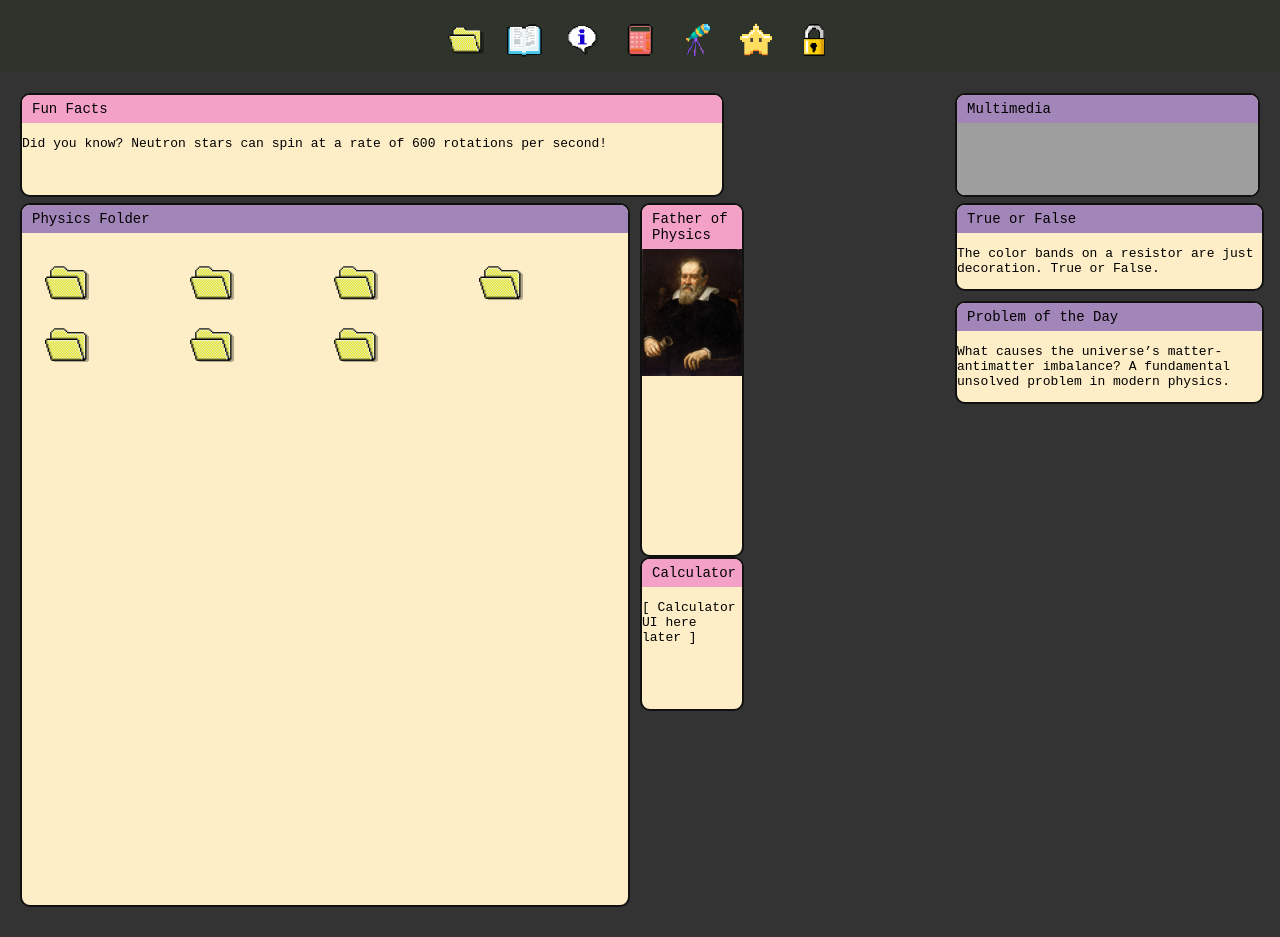
Repository: scarfer14/CCPHYS2L_Project
Page: /dashboard
An editor plug-in stored every save of this project. The page is shown before and after a run of saves, followed by the edit.
The browser window is 1280 px wide. The pictures show the whole page.
Pictures or frames that could not be fetched are drawn as grey boxes. The project was rebuilt for these pictures with package versions that can differ from the ones it lists, and the page was loaded fresh each time. Also part of the build but not shown: vite.config.js, src/astartsc/start.jsx, src/lessons/folder1.css, src/lessons/folder1.jsx, src/lessons/book.css, src/lessons/book.jsx, src/lessons/email.css, src/lessons/email.jsx and 2 more.

Above is the page before, as saved 2025-05-29 15:32:39.

### index.html
<!doctype html>
<html lang="en">
  <head>
    <meta charset="UTF-8" />
    <link rel="icon" type="image/svg+xml" href="/gal.png" />
    <meta name="viewport" content="width=device-width, initial-scale=1.0" />
    <title>Physics Blast</title>
  </head>
  <link href="https://fonts.googleapis.com/css2?family=Orbitron:wght@500&family=Press+Start+2P&display=swap" rel="stylesheet">
  <body>
    <div id="root"></div>
    <script type="module" src="/src/main.jsx"></script>
  </body>
</html>

### src/index.css
:root {
  font-family: 'Press Start 2P', monospace;
  background-color: #2e342b;
  margin: 0;
  padding: 0;
  box-sizing: border-box;
}

body, html {
  margin: 0;
  padding: 0;
  width: 100%;
  height: 100%;
}

### src/App.jsx
import React from 'react';
import { BrowserRouter as Router, Routes, Route } from 'react-router-dom';

import Start from './astartsc/start';
import Dash from './bdashsc/dashnavbar';
import Dashbody from './bdashsc/dashbody';

import Folder1 from './lessons/folder1';
import Book from './lessons/book';


function Unlock() {
  return (
    <div>
      <Start />
    </div>
  );
}

function Dashboard() {
  return (
    <div>
      <Dash />
      <Dashbody />
    </div>
  );
}

function Lessons() {
  return (
    <div>
      <Folder1 />
      <Book />
    </div>
  );
}

function App() {
  return (
    <Router>
      <Routes>
        <Route path="/" element={<Unlock />} />
        <Route path="/unlock" element={<Unlock />} />
        <Route path="/dashboard" element={<Dashboard />} />
        <Route path="/folder1" element={<Lessons />} />
      </Routes>
    </Router>
  );
}

export default App;

### src/bdashsc/dashnavbar.jsx
import React, { useState } from 'react';
import { useNavigate } from 'react-router-dom';
import './dashnavbar.css';
import Folder1 from '../lessons/folder1';
import Book from '../lessons/book';
import Email from '../lessons/email';
import Telescope from '../lessons/telescope';


const icons = [
  'folder', 'book', 'email', 'calc', 'cat',
  'star', 'lock'
];


export default function DashNavbar() {
  const navigate = useNavigate();
  const [showFolder1, setShowFolder1] = useState(false);
  const [showBook, setShowBook] = useState(false);
  const [showEmail, setShowEmail] = useState(false);
  const [showTelescope, setShowTelescope] = useState(false);

  const handleIconClick = (icon) => {
    if (icon === 'folder') {
      setShowFolder1(true);
    }
    if (icon === 'book') {
      setShowBook(true);
    }
    if (icon === 'email') {
      setShowEmail(true);
    }
    if (icon === 'cat') {
      setShowTelescope(true);
    }
    else if (icon === 'lock')
    {
        navigate('/unlock');
    }
    else if (icon === 'star')
    {
        window.open('https://phet.colorado.edu/sims/html/circuit-construction-kit-dc/latest/circuit-construction-kit-dc_en.html');
    }


  };

  const handleCloseFolder1 = () => {
    setShowFolder1(false);
  };

  const handleCloseBook = () => {
    setShowBook(false);
  };

  const handleCloseEmail = () => {
    setShowEmail(false);
  };

  const handleCloseTelescope = () => {
    setShowTelescope(false);
  };


  return (
    <>
      <div className="dash-navbar">
        {icons.map((icon, index) => (
          <button
            key={index}
            className="icon-button"
            title={icon}
            onClick={() => handleIconClick(icon)}
          >
            <img src={`/assets/icons/${icon}.png`} alt={icon} />
          </button>
        ))}
      </div>

      {showFolder1 && <Folder1 onClose={handleCloseFolder1} />}
      {showBook && <Book onClose={handleCloseBook} />}
      {showEmail && <Email onClose={handleCloseEmail} />}
      {showTelescope && <Telescope onClose={handleCloseTelescope} />}
    </>
  );
}

### src/bdashsc/dashbody.jsx
import React from 'react';
import './dashbody.css';

export default function DashBody() {
  return (
    <div className="dashboard-content">

      <div className="tab fun-facts">
        <div className="tab-header">Fun Facts</div>
        <p>Did you know? Neutron stars can spin at a rate of 600 rotations per second!</p>
      </div>

      <div className="tab multimedia">
        <div className="tab-header1">Multimedia</div>
        <iframe
          src="https://www.youtube.com/embed/pSHVbLPWA28"
          title="Physics Video"
          allowFullScreen
        ></iframe>
      </div>

      <div className="tab physics-folder">
        <div className="tab-header1">Physics Folder</div>
        <div className="folder-grid">
          <img src="/assets/icons/folder.png" alt="Folder 1" />
          <img src="/assets/icons/folder.png" alt="Folder 2" />
          <img src="/assets/icons/folder.png" alt="Folder 3" />
          <img src="/assets/icons/folder.png" alt="Folder 4" />
          <img src="/assets/icons/folder.png" alt="Folder 5" />
          <img src="/assets/icons/folder.png" alt="Folder 6" />
          <img src="/assets/icons/folder.png" alt="Folder 7" />
        </div>
      </div>

    <div className="middle-stack">
      <div className="tab father">
        <div className="tab-header">Father of Physics</div>
        <img src="/assets/icons/galileogalilei.jpg" alt="Galileo Galilei" />
      </div>

      <div className="tab calculator">
        <div className="tab-header">Calculator</div>
        <p>[ Calculator UI here later ]</p>
      </div>
    </div>

      <div className="right-stack">
        <div className="tab fun-fact-2">
          <div className="tab-header1">True or False</div>
          <p>The color bands on a resistor are just decoration. True or False.</p>
        </div>

        <div className="tab problem">
          <div className="tab-header1">Problem of the Day</div>
          <p>
            What causes the universe’s matter-antimatter imbalance? A fundamental unsolved problem in modern physics.
          </p>
        </div>
      </div>

    </div>
  );
}

### src/astartsc/start.css

@import url('https://fonts.googleapis.com/css2?family=Press+Start+2P&display=swap');

body {
  margin: 0;
  background: #2e342b;
  font-family: 'Press Start 2P', monospace;
}

.screen {
  width: 100vw;
  height: 100vh;
  background-color: #2e342b;
  padding: 40px;
  display: flex;
  flex-direction: column;
  align-items: center;
  justify-content: center;
  box-shadow:
    0 0 60px 20px rgba(0, 0, 0, 0.6),
    inset 0 0 200px rgba(0, 0, 0, 0.9),
    inset 0 0 80px rgba(0, 0, 0, 0.7);
  position: relative;
  text-align: center;
  box-sizing: border-box;
  overflow: hidden;
  border-radius: 12px;
}

.welcome {
  color: #99ff99;
  margin-bottom: 10px;
  font-size: 20px;
  margin-bottom: 25px;
}

.title {
  color: #99ff99;
  font-size: 50px;
  line-height: 1.2;
  margin-bottom: 20px;
}

.unlock-btn {
  font-size: 15px;
  background-color: transparent;
  color: #aaffaa;
  border: 1px solid #aaffaa;
  padding: 6px 12px;
  cursor: pointer;
  margin-top: 100px;
  animation: blink 1s infinite alternate;
  font-family: 'Press Start 2P', monospace;
}

.unlock-btn:hover {
  background-color: #333;
}

@keyframes blink {
  from { opacity: 5; }
  to { opacity: 0.4; }
}

### src/bdashsc/dashnavbar.css
.dash-navbar {
  background-color: #2e342b;
  padding: 6px 10px;
  display: flex;
  justify-content: center;
  gap: 10px;
  align-items: center;
}

.icon-button {
  background: transparent;
  border: transparent;
  padding: 4px;
  cursor: pointer;
  transition: transform 0.1s ease-in-out;
}

.icon-button:hover {
  transform: scale(1.1);
  filter: brightness(1.3);
}

.icon-button img {
  margin-top: 10px;
  width: 40px;
  height: 40px;
  image-rendering: pixelated;
}

.popup-overlay {
  position: fixed;
  top: 0;
  left: 0;
  width: 100%;
  height: 100%;
  background: rgba(0, 0, 0, 0.6);
  display: flex;
  justify-content: center;
  align-items: center;
  z-index: 999;
}

.popup-content {
  background: #fff;
  padding: 20px;
  border-radius: 12px;
  width: 80%;
  max-width: 600px;
  max-height: 90vh;
  overflow-y: auto;
  position: relative;
}

.close-btn {
  position: absolute;
  top: 10px;
  right: 14px;
  background: transparent;
  border: none;
  font-size: 24px;
  cursor: pointer;
}

### src/bdashsc/dashbody.css
.dashboard-content {
  display: grid;
  grid-template-columns: 2fr 1fr 1fr;
  grid-template-rows: 100px auto auto; /* <-- added 3rd row */
  gap: 10px;
  padding: 20px;
  background-color: #333;
  grid-template-areas:
    "fun-facts fun-facts multimedia"
    "physics-folder father right-stack"
    ". calculator ."; /* place calculator below father */
}


/* General Tab Styling */
.tab {
  background-color: #fdeec7;
  border: 2px solid #111;
  color: #000000;
  font-family: monospace;
  overflow: hidden;
  border-radius: 10px;
  display: flex;
  flex-direction: column;
}

.tab-header,
.tab-header1 {
  padding: 6px 10px;
  font-size: 14px;
  text-align: left;
}

.tab-header {
  background-color: #f4a1c8;
}

.tab-header1 {
  background-color: #a285b9;
}

/* Grid Area Assignments */
.fun-facts      { grid-area: fun-facts; height: 100px; width: 700px; }
.multimedia     { grid-area: multimedia; height: 100px; }
.physics-folder { grid-area: physics-folder; min-height: 700px; min-width: 500px; }
.father         { grid-area: father; height: 350px; width: 100px}

/* Right Column Stack */
.right-stack {
  grid-area: right-stack;
  display: flex;
  flex-direction: column;
  gap: 10px;
}

/* Clear old positioning from individually stacked tabs */
.fun-fact-2,
.problem,
.calculator {
  height: auto;
  width: 100%;
}

/* Folders Section */
.physics-folder .folder-grid {
  display: grid;
  grid-template-columns: repeat(4, 1fr);
  margin-top: 5px;
  gap: 12px;
  padding: 20px;
}

.folder-grid img {
  width: 50px;
  height: 50px;
  image-rendering: pixelated;
}

/* Multimedia section (YouTube) */
.multimedia iframe {
  width: 100%;
  height: 100%;
  border: none;
}

.calculator {
  grid-column: 2; /* below father */
  grid-row: 3;    /* new row below father and right-stack */
  width: 100px;
  min-height: 150px;
}

/* Optional: Calculator or image specific tweaks */
.calculator img {
  width: 100%;
  height: auto;
}

.problem {
  width: 100%;
  height: auto;
}

Loaded but not shown: src/main.jsx (common file)

After the next 4 saves:
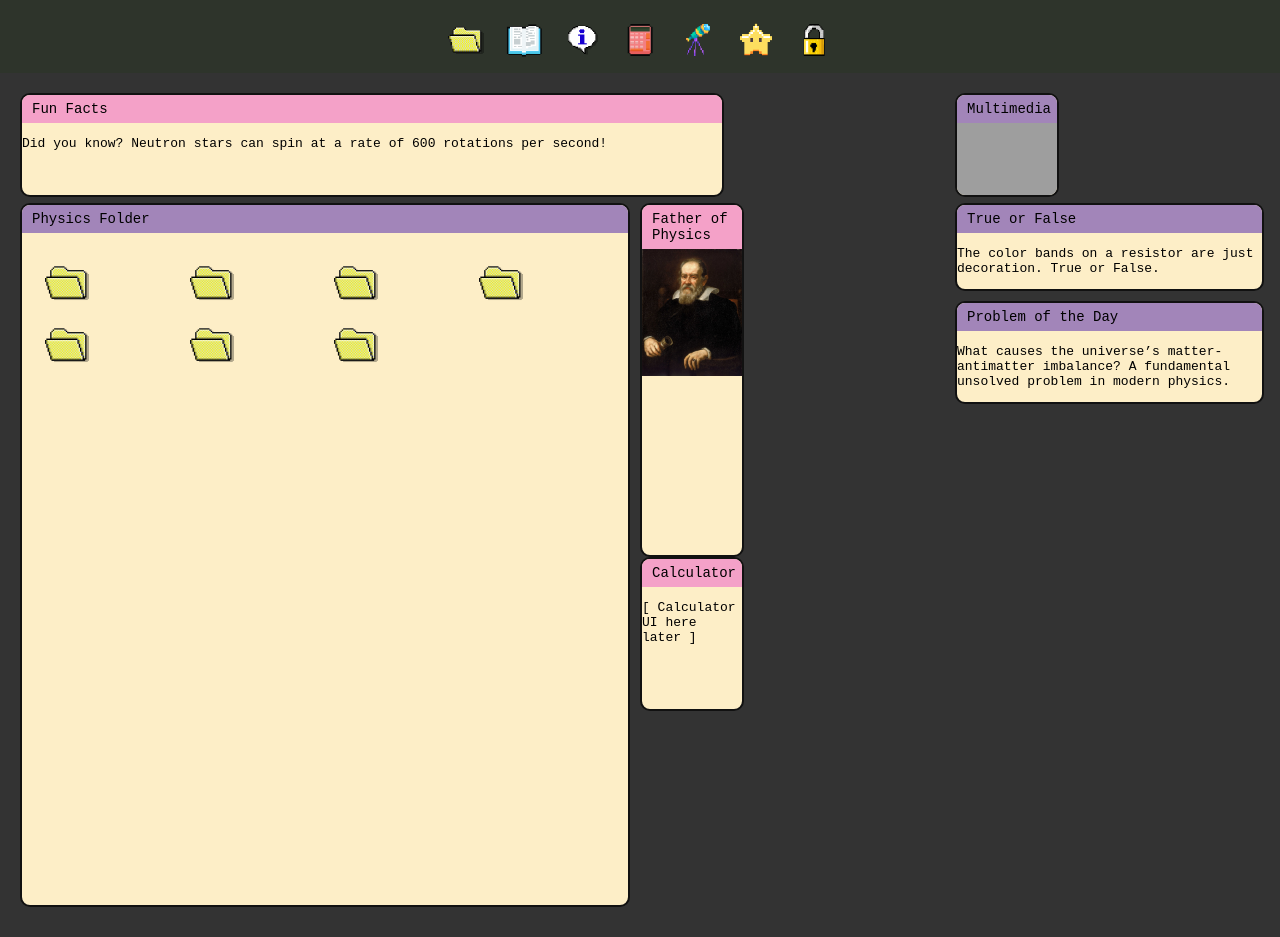
The 4 saves are shown as one change because they came seconds apart.
The last was saved 16 s later.
--- a/src/bdashsc/dashbody.css
+++ b/src/bdashsc/dashbody.css
@@ -41,7 +41,7 @@
 
 /* Grid Area Assignments */
 .fun-facts      { grid-area: fun-facts; height: 100px; width: 700px; }
-.multimedia     { grid-area: multimedia; height: 100px; }
+.multimedia     { grid-area: multimedia; height: 100px; width: 100px}
 .physics-folder { grid-area: physics-folder; min-height: 700px; min-width: 500px; }
 .father         { grid-area: father; height: 350px; width: 100px}
 

After the save that followed:
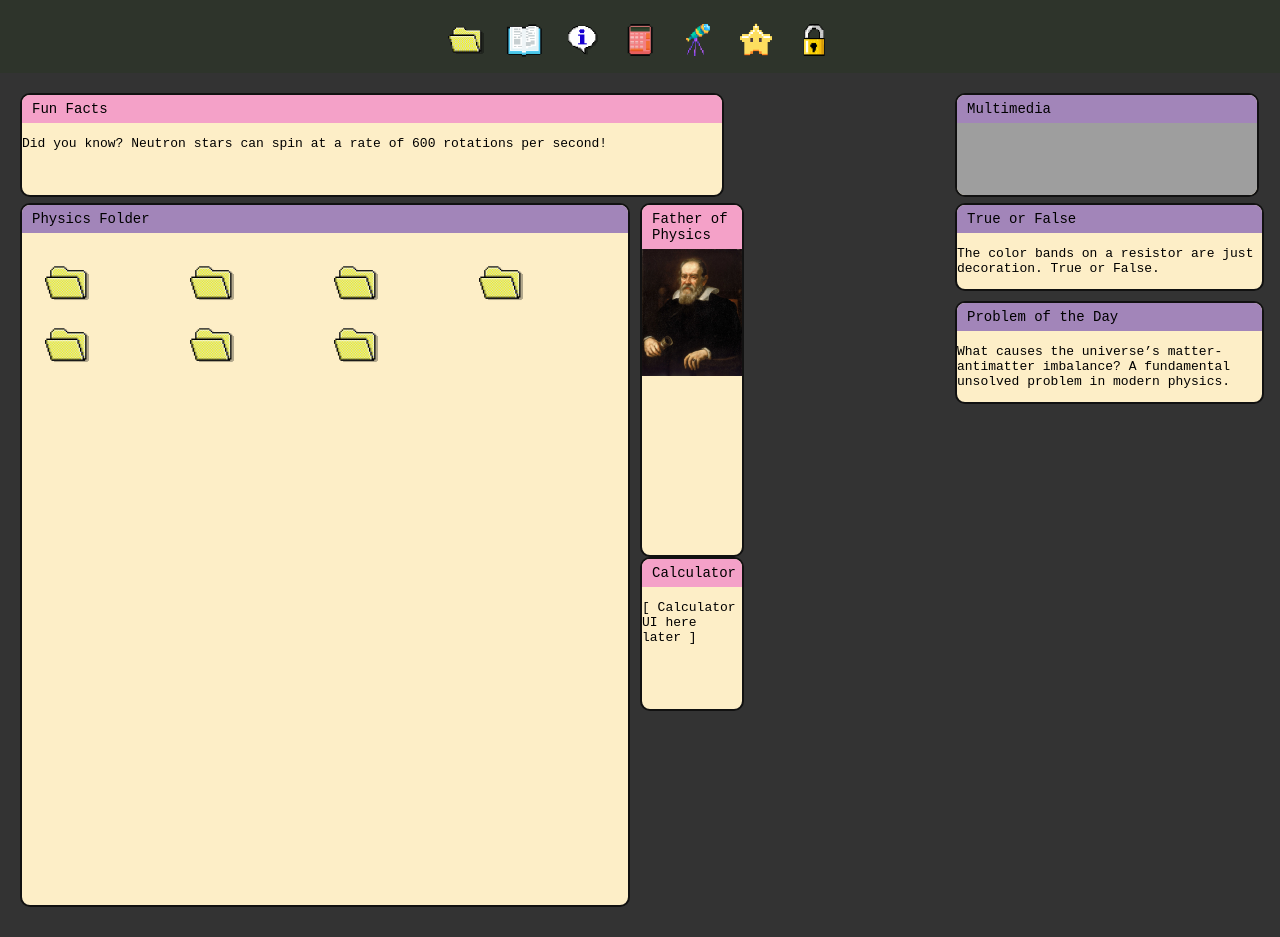
Saved 6 s later.
--- a/src/bdashsc/dashbody.css
+++ b/src/bdashsc/dashbody.css
@@ -41,7 +41,7 @@
 
 /* Grid Area Assignments */
 .fun-facts      { grid-area: fun-facts; height: 100px; width: 700px; }
-.multimedia     { grid-area: multimedia; height: 100px; width: 100px}
+.multimedia     { grid-area: multimedia; height: 100px; width: 300px}
 .physics-folder { grid-area: physics-folder; min-height: 700px; min-width: 500px; }
 .father         { grid-area: father; height: 350px; width: 100px}
 
